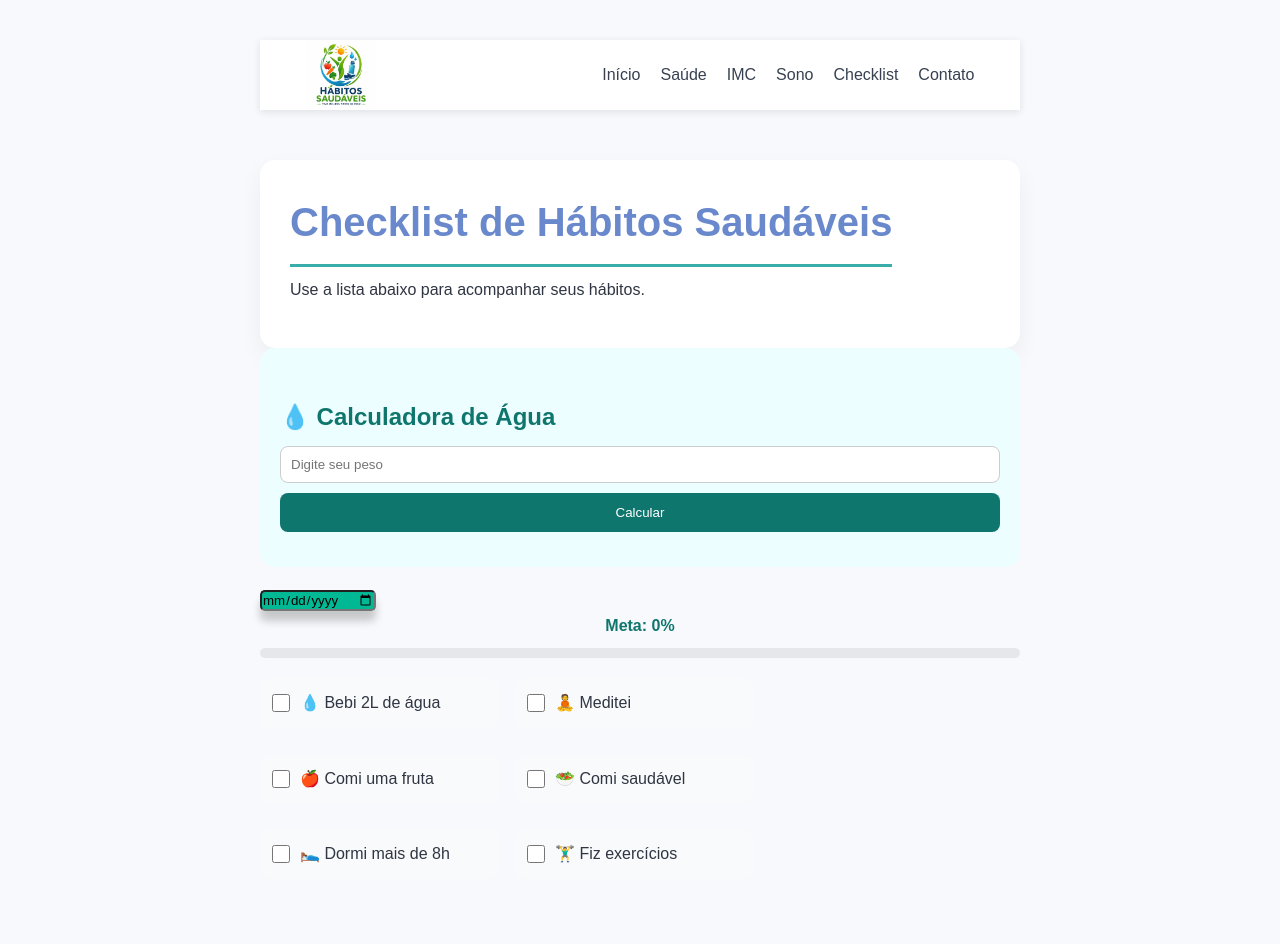
Repository: habitos2026/projetointegrador2026
Page: checklist.html
These files come from the project's save history. The page is drawn as it stood at one moment and after the next save; the edit follows.
The browser window is 1280 px wide. The pictures show the whole page.

Above is the page before, as saved 2026-06-06 14:31:20.

After the next save:
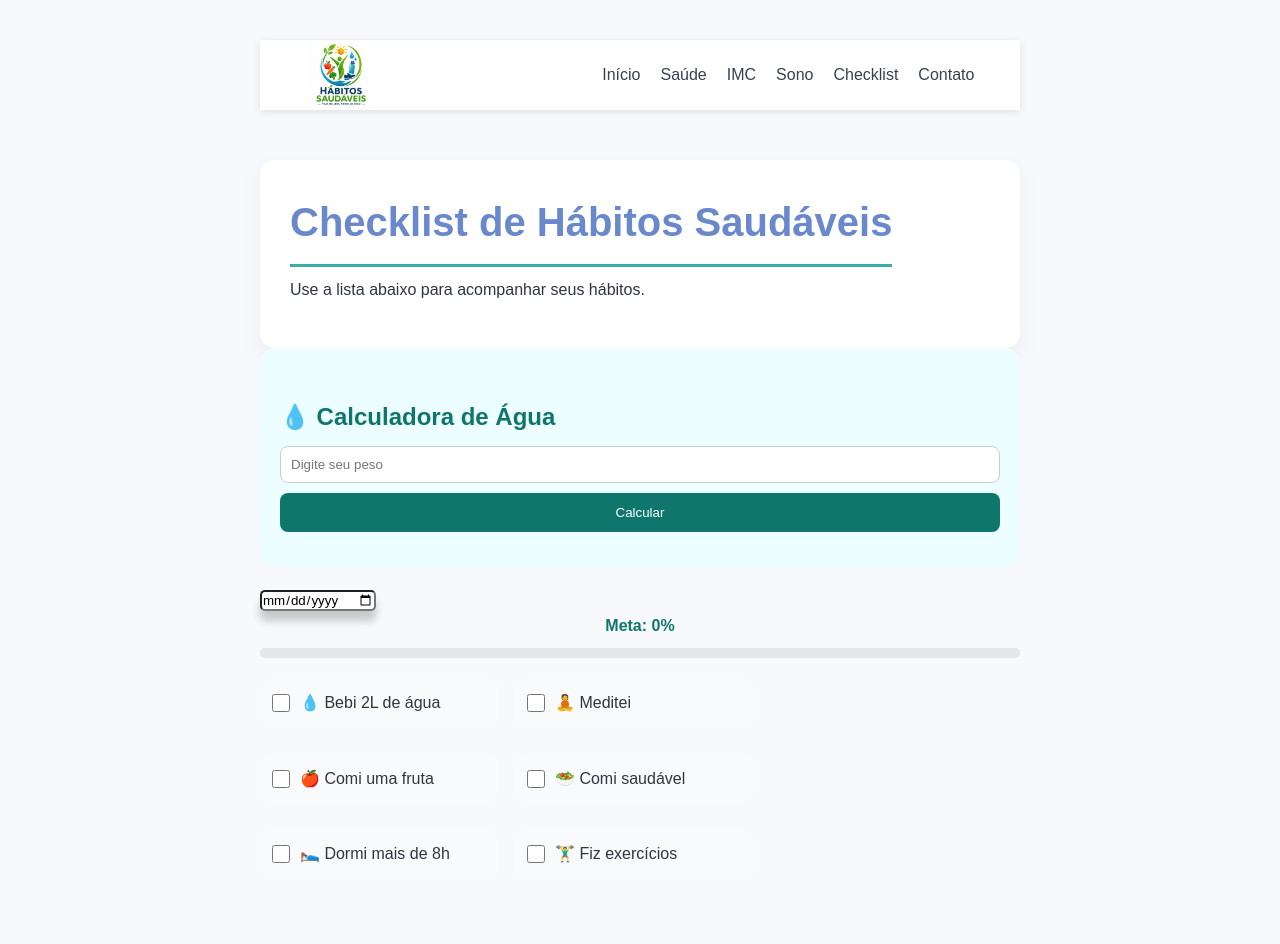
Saved 11 s later.
--- a/checklist.html
+++ b/checklist.html
@@ -154,7 +154,7 @@
 
 .data{
     border-radius: 5px;
-    transition: cursor: pointer;
+    transition:
     background: #00b894;
     box-shadow: 0 10px 8px rgba(0, 0, 0, 0.2);
     transform
